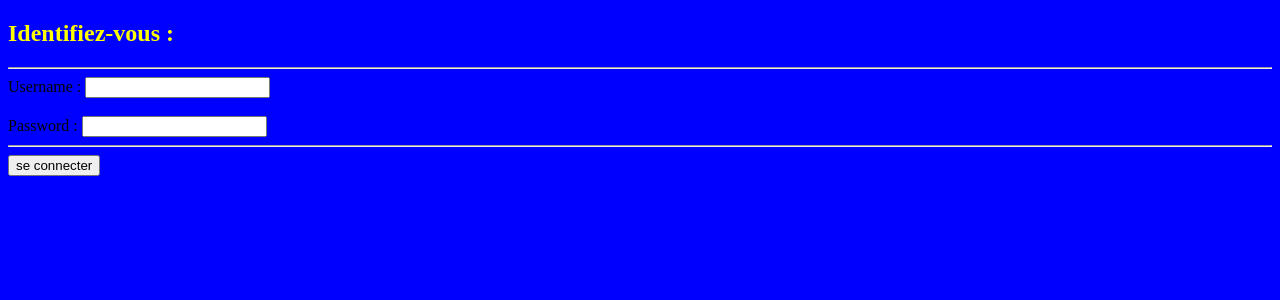
Repository: Chakir-Manale/GI_ENSAO
Page: GI4/S1/JEE/WorkSpace/TP2/WebContent/Identification.html
These files come from the project's save history. The page is drawn as it stood at one moment and after the next save; the edit follows.
The browser window is 1280 px wide. The pictures show the whole page.

Above is the page before, as saved 2018-10-20 17:18:50.

### GI4/S1/JEE/WorkSpace/TP2/WebContent/Identification.html
<!DOCTYPE html>
<html>
<head>
<meta charset="ISO-8859-1">
<title>TP2 Servlet</title>
</head>
<body>
<style>
		body {
			background: blue;
			 color: black;
		}

		.form-container > form > div{
			margin: 1rem 0;
		}
	</style>
</head>
<body>
<h2 style ="color:yellow">Identifiez-vous : </h2>
<hr>
<div id="infos">
<form action="ident" method="get">
Username :
    <input type="text" name="username"/>
<br><br>
Password :
      <input type="text" name="password"/>
<hr>
<button type="submit" id="send">se connecter</button>


</form>
</div>

</body>
</html>

After the next save:
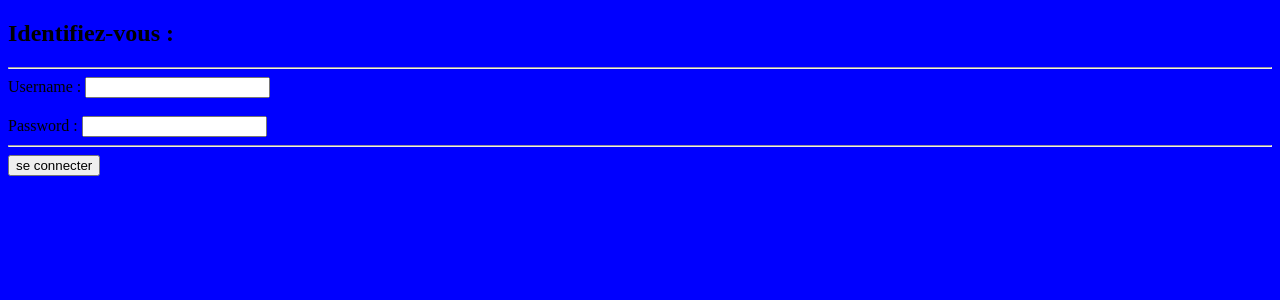
Saved 18 s later.
--- a/GI4/S1/JEE/WorkSpace/TP2/WebContent/Identification.html
+++ b/GI4/S1/JEE/WorkSpace/TP2/WebContent/Identification.html
@@ -17,7 +17,7 @@
 	</style>
 </head>
 <body>
-<h2 style ="color:yellow">Identifiez-vous : </h2>
+<h2 style ="color:light blue">Identifiez-vous : </h2>
 <hr>
 <div id="infos">
 <form action="ident" method="get">
